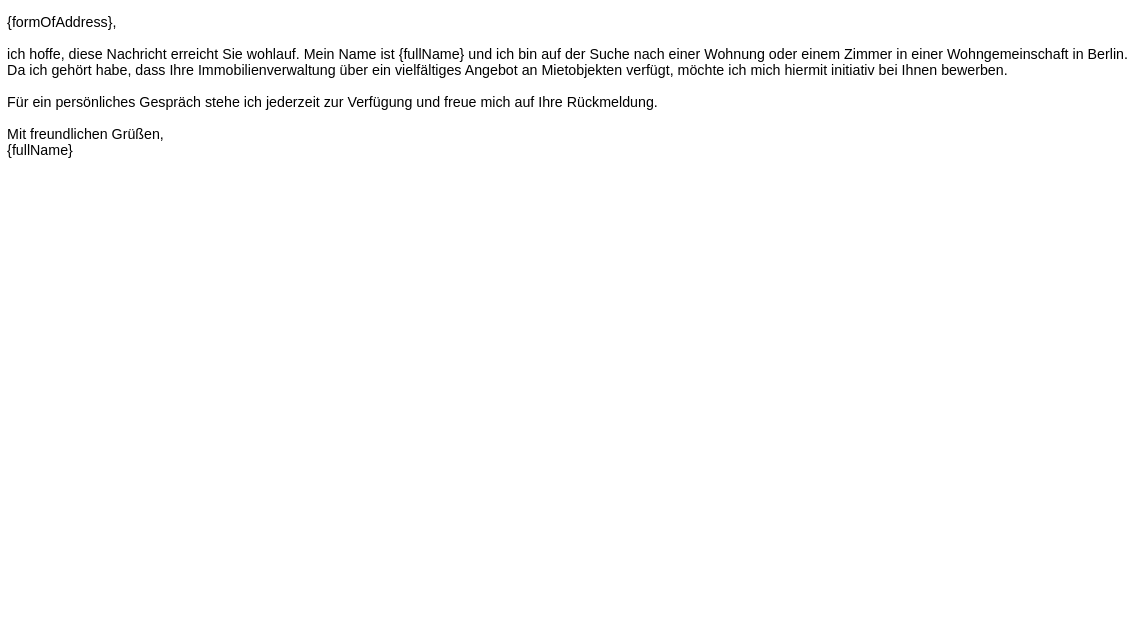
Repository: JonahWhoDis/berlin_immo_mailer
Page: template.html
These files come from the project's save history. The page is drawn as it stood at one moment and after the next save; the edit follows.
The browser window is 1280 px wide. The pictures show the whole page, at 89% of full size.

Above is the page before, as saved 2024-06-28 08:46:51.

After the next save:
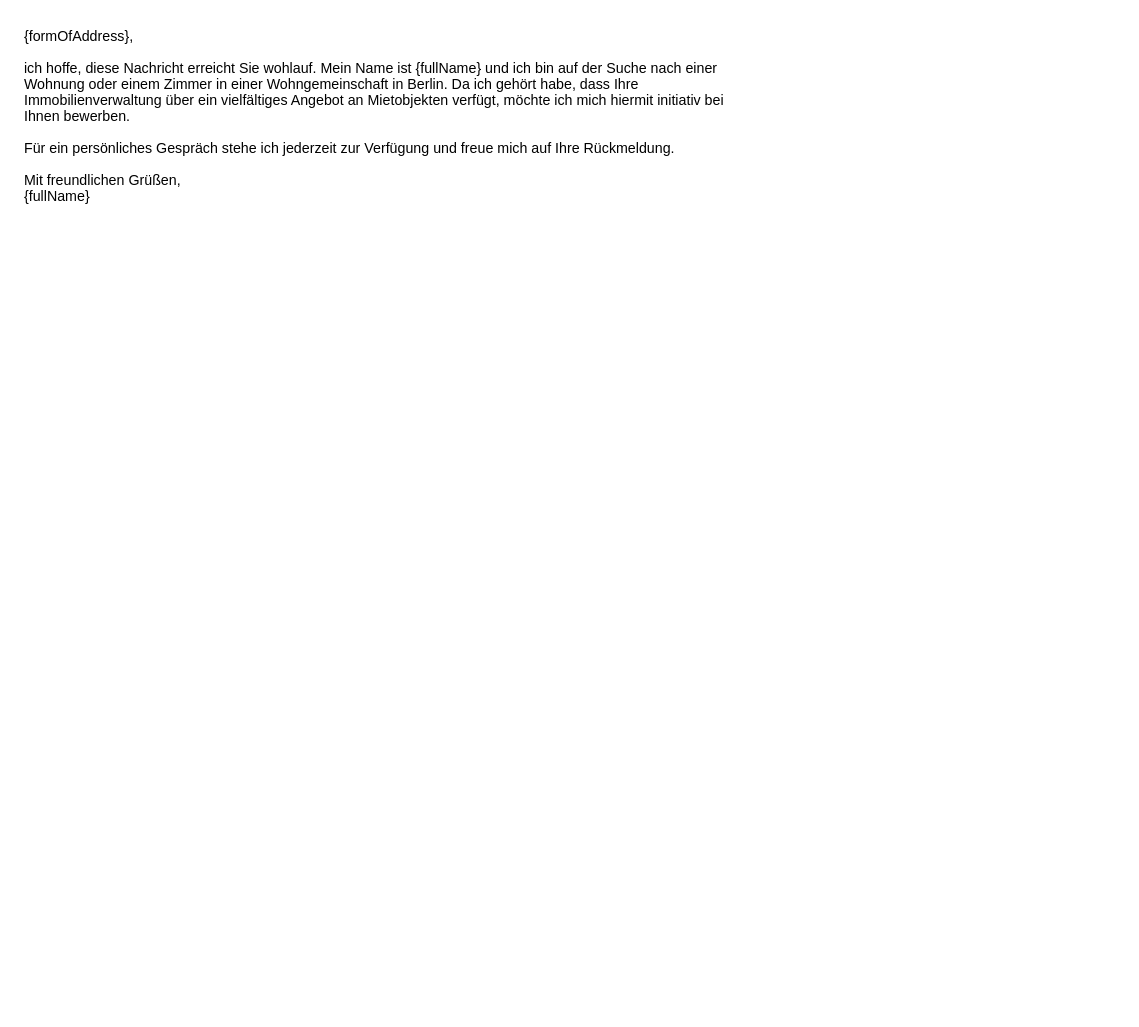
Saved 8 s later.
--- a/template.html
+++ b/template.html
@@ -8,30 +8,30 @@
             font-family: Arial, sans-serif;
         }
 
-        .page {{
+        .page {
             width: 210mm;
             min-height: 297mm;
             max-width: 210mm;
             max-height: 297mm;
             padding: 2mm 5mm;
             overflow: visible;
-        }}
+        }
 
-        .footer {{
+        .footer {
             width: 210mm;
             font-size: 8pt;
             padding-top: 5mm;
-        }}
+        }
 
-        .footer-section {{
+        .footer-section {
             width: 33%;
             text-align: left;
             vertical-align: top;
-        }}
+        }
 
-        .form-container {{
+        .form-container {
             margin-bottom: 20px;
-        }}
+        }
     </style>
 </head>
 <body>
